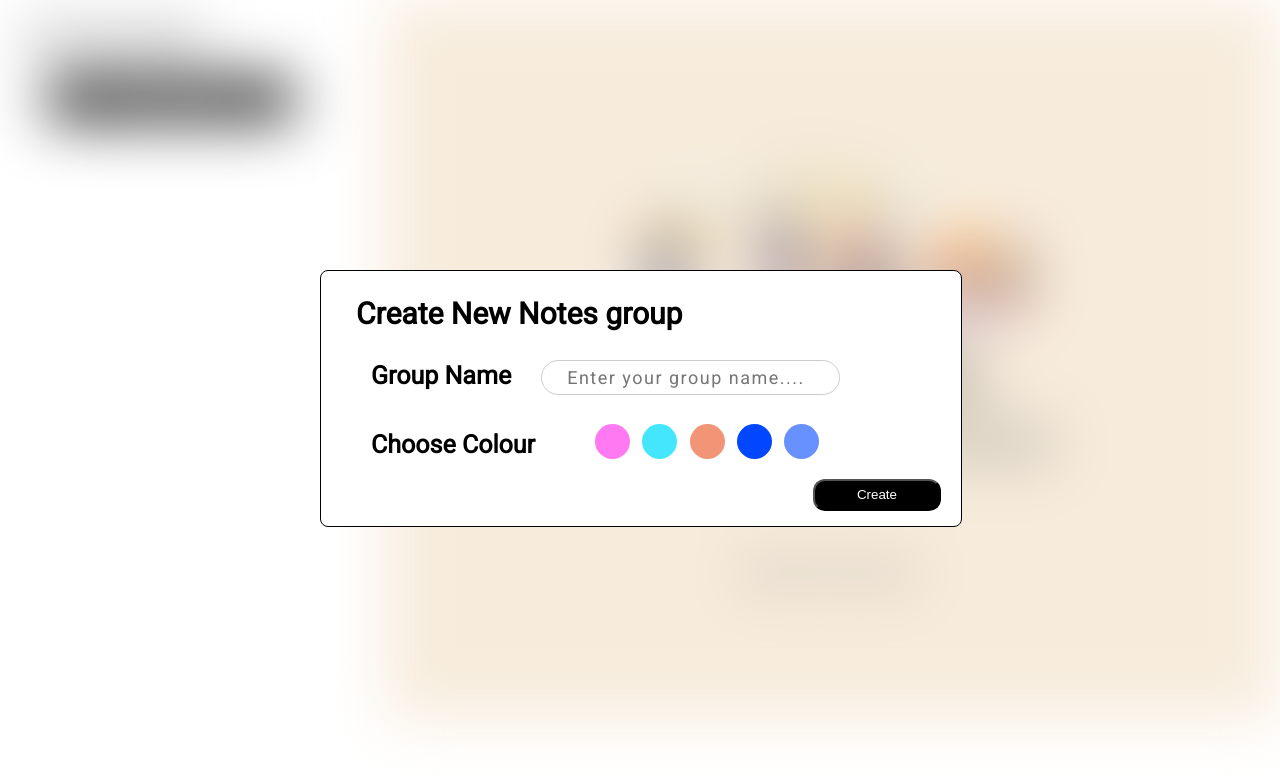
Repository: aparna129/NotesApp
Page: /, after clicking the first element matching `button.btn`
These files come from the project's save history. The page is drawn as it stood at one moment and after a run of saves; the edit follows.
The browser window is 1280 px wide. The pictures show the whole page.
The project was rebuilt for these pictures with package versions that can differ from the ones it lists, and the page was loaded fresh each time.

Above is the page before, as saved 2023-11-08 22:12:51.

### src/App.js
import React from "react";
import Notes from "./Notes";
function App() {
  return (
    <div>
      <Notes />
    </div>
  );
}

export default App;

### src/Notes.js
import React, { useState, useEffect } from "react";
import "./Notes.css";
import centerimage from "./images/centerimage.png";
import Vector from "./images/Vector.png";
import enterbtn from "./images/enterbtn.png";

function formatDateTime(dateTime) {
  const options = {
    hour: "2-digit",
    minute: "2-digit",
    day: "numeric",
    month: "long",
    year: "numeric",
  };
  return new Date(dateTime).toLocaleString(undefined, options);
}

function Notes() {
  const [createnotes, setCreatenotes] = useState(false);
  const handleCreateNotes = (e) => {
    e.preventDefault();
    setCreatenotes(!createnotes);
  };

  const [groups, setGroups] = useState([]);
  const [groupName, setGroupName] = useState("");
  const [groupColor, setGroupColor] = useState("");
  const [noteText, setNoteText] = useState("");

  useEffect(() => {
    const storedGroups = JSON.parse(localStorage.getItem("groups"));
    if (storedGroups) {
      setGroups(storedGroups);
    }
  }, []);

  useEffect(() => {
    localStorage.setItem("groups", JSON.stringify(groups));
  }, [groups]);

  const handleGroupNameChange = (e) => {
    setGroupName(e.target.value);
  };

  const createGroup = () => {
    setCreatenotes(!createnotes);
    if (groupName && groupColor) {
      const newGroup = {
        name: groupName,
        color: groupColor,
        notes: [],
      };
      setGroups([...groups, newGroup]);
      setGroupName("");
      setGroupColor("");
    }
  };

  const handleNoteTextChange = (e) => {
    setNoteText(e.target.value);
  };

  const addNote = (groupIndex) => {
    if (noteText) {
      const updatedGroups = [...groups];
      updatedGroups[groupIndex].notes.push({
        text: noteText,
        date: formatDateTime(new Date()),
      });
      setGroups(updatedGroups);
      setNoteText("");
    }
  };

  const handlecolorclick = (color) => {
    setGroupColor(color);
  };

  return (
    <div>
      <div>
        <div
          className="body"
          style={{
            filter: createnotes ? "blur(30px)" : "none",
            minHeight: "80vh",
          }}
        >
          <div className="leftside">
            <p className="left-heading">Pocket Notes</p>
            <button className="btn" onClick={handleCreateNotes}>
              + Create Notes group
            </button>
            {groups.map((group, index) => (
              <div>
                <p className="notes-name-with-icon">
                  <p
                    style={{
                      height: "48px",
                      width: "48px",
                      borderRadius: "100px",
                      backgroundColor: group.color,
                      color: "white",
                      fontSize: "25px",
                      fontFamily: "Roboto",
                      fontWeight: "400",
                      marginTop: "1px",
                      marginLeft: "50px",
                    }}
                    className="icon"
                  >
                    <p className="icon-txt">{group.name.slice(0, 2)}</p>
                  </p>
                  <p className="note-names">{group.name}</p>
                </p>
                <div>
                  <p className="titleofnote"></p>
                  <p className="notes-storing-area"></p>
                  <p className="lastbox">
                    <input
                      className="notes-input"
                      type="text"
                      placeholder="Enter your text here..........."
                      value={noteText}
                      onChange={handleNoteTextChange}
                    ></input>
                    <img
                      style={{ marginLeft: "-35px", marginTop: "50px" }}
                      src={enterbtn}
                      onClick={() => addNote(index)}
                      height="20px"
                      width="20px"
                    ></img>
                  </p>
                </div>
                <ul>
                  {group.notes.map((note, noteIndex) => (
                    <li key={noteIndex}>
                      {note.text} - {note.date}
                    </li>
                  ))}
                </ul>
              </div>
            ))}
          </div>

          <div className="rightside">
            <img src={centerimage} className="centerimg"></img>
            <p className="pocket-notes"> Pocket Notes</p>
            <p className="text1">
              Send and receive messages without keeping your phone online.
            </p>
            <p className="text2">
              {" "}
              Use Pocket Notes on up to 4 linked devices and 1 mobile phone
            </p>
            <p className="text3">
              {" "}
              <img src={Vector} height="13px" width="13px"></img> end-to-end
              encrypted
            </p>
          </div>
        </div>

        {createnotes && (
          <div className="box">
            <p className="boxtext1">Create New Notes group</p>

            <p className="boxtext2">
              Group Name
              <input
                className="input"
                type="text"
                placeholder="Enter your group name...."
                value={groupName}
                onChange={handleGroupNameChange}
              ></input>
            </p>

            <p className="boxtext3">
              Choose Colour
              <div className="circles">
                <p
                  onClick={() => handlecolorclick("#b38bfa")}
                  className="circle1"
                ></p>
                <p
                  onClick={() => handlecolorclick("#ff79f2")}
                  className="circle2"
                ></p>{" "}
                <p
                  onClick={() => handlecolorclick("#43e6fc")}
                  className="circle3"
                ></p>
                <p
                  onClick={() => handlecolorclick("#f19576")}
                  className="circle4"
                ></p>{" "}
                <p
                  onClick={() => handlecolorclick("#0047ff")}
                  className="circle5"
                ></p>
                <p
                  onClick={() => handlecolorclick("#6691ff")}
                  className="circle6"
                ></p>
              </div>
            </p>

            <p className="btn2">
              <button onClick={createGroup} className="boxcreatebutton">
                Create
              </button>
            </p>
          </div>
        )}
      </div>
    </div>
  );
}

export default Notes;

### src/Notes.css
@import url("https://fonts.googleapis.com/css2?family=Roboto&display=swap");
* {
  margin: 0;
}
.body {
  display: flex;
}
.leftside {
  height: 100%;
  min-height: 100vh;
  width: 600px;
  overflow: auto;
}
.left-heading {
  margin-left: 25px;
  margin-top: 20px;
  font-weight: 500;
  font-size: 30px;
  font-family: "Roboto", sans-serif;
}
.btn {
  background-color: black;
  color: white;
  border-radius: 50px;
  padding: 2% 3%;
  width: 70%;
  margin-top: 25px;
  margin-left: 45px;
  margin-bottom: 20px;
  font-family: "Roboto", sans-serif;
  font-size: 18px;
  font-weight: 500;
}
.rightside {
  background-color: #f7ecdc;
  margin-left: 25px;
  height: 100%;
  min-height: 100vh;
  width: 1500px;
  overflow: hidden;
}
.centerimg {
  height: 40%;
  width: 50%;
  margin: 15% 25%;
}
.pocket-notes {
  text-align: center;
  margin-top: -17%;
  font-weight: 400;
  font-size: 50px;
  font-family: "Roboto", sans-serif;
}
.text1 {
  text-align: center;
  margin-top: 2%;
  font-family: "Roboto", sans-serif;
}
.text2 {
  text-align: center;
  margin-top: 0.5%;
  font-family: "Roboto", sans-serif;
}
.text3 {
  text-align: center;
  margin-top: 100px;
  margin-bottom: 1%;
  font-family: "Roboto", sans-serif;
}
.box {
  margin-left: 25%;
  margin-top: -450px;
  margin-right: 200px;
  margin-bottom: 20%;
  height: 60%;
  width: 50%;
  background-color: white;
  position: relative;
  border-radius: 8px;
  border: 1px solid black;
  overflow: auto;
}
.boxtext1 {
  margin-left: 35px;
  margin-top: 25px;
  font-family: "Roboto", sans-serif;
  font-size: 30px;
  font-weight: bold;
}
.boxtext2 {
  margin-left: 50px;
  margin-top: 30px;
  font-family: "Roboto", sans-serif;
  font-size: 25px;
  font-weight: bold;
}
.input {
  margin-left: 30px;
  margin-top: -30px;
  border-radius: 25px;
  width: 45%;
  padding: 1%;
  padding-left: 25px;
  letter-spacing: 1.5px;
  font-size: 18px;
  font-family: "Roboto", sans-serif;
  border: 1px solid #cccccc;
}
.boxtext3 {
  margin-left: 50px;
  margin-top: 35px;
  font-family: "Roboto", sans-serif;
  font-size: 25px;
  font-weight: bold;
}
.circles {
  display: inline;
}
.circle1 {
  height: 50%;
  width: 50%;
  border-radius: 100px;
  background-color: #b38bfa;
  margin-left: 30%;
  margin-top: -30px;
}
.circle2 {
  height: 35px;
  width: 35px;
  border-radius: 100px;
  background-color: #ff79f2;
  margin-left: 38%;
  margin-top: -35px;
}
.circle3 {
  height: 35px;
  width: 35px;
  border-radius: 100px;
  background-color: #43e6fc;
  margin-left: 46%;
  margin-top: -35px;
}
.circle4 {
  height: 35px;
  width: 35px;
  border-radius: 100px;
  background-color: #f19576;
  margin-left: 54%;
  margin-top: -35px;
}
.circle5 {
  height: 35px;
  width: 35px;
  border-radius: 100px;
  background-color: #0047ff;
  margin-left: 62%;
  margin-top: -35px;
}
.circle6 {
  height: 35px;
  width: 35px;
  border-radius: 100px;
  background-color: #6691ff;
  margin-left: 70%;
  margin-top: -35px;
}
.btn2 {
  text-align: right;
}
.boxcreatebutton {
  width: 20%;
  padding: 1% 1%;
  margin-top: 20px;
  margin-right: 20px;
  margin-bottom: 15px;
  border-radius: 12px;
  background-color: black;
  color: white;
}
.notes-style {
  overflow: auto;
}
.notes-name-with-icon {
  display: flex;
  margin-bottom: 15px;
}
.note-names {
  font-size: 25px;
  font-family: "Roboto", sans-serif;
  font-weight: 400;
  margin-top: 10px;
  margin-left: 20px;
}

.icon-txt {
  padding-left: 8px;
  padding-top: 9px;
  font-family: "Roboto", sans-serif;
  text-transform: uppercase;
}
.titleofnote {
  height: 60px;
  width: 900px;
  background-color: #e8e8e8;
}
.notes-storing-area {
  height: 400px;
  width: 900px;
  background-color: #f7ecdc;
}
.lastbox {
  background-color: #e8e8e8;
  height: 180px;
  width: 900px;
}
.notes-input {
  background-color: white;
  height: 120px;
  width: 830px;
  margin-left: 28px;
  margin-top: 35px;
  border: none;
  border-radius: 15px;
  color: #9a9a9a;
  font-size: 20px;
  font-family: "Roboto", sans-serif;
  padding-left: 15px;
  padding-top: -20px;
}

Loaded but not shown: public/index.html (common file); src/index.js (common file)

After the next 2 saves:
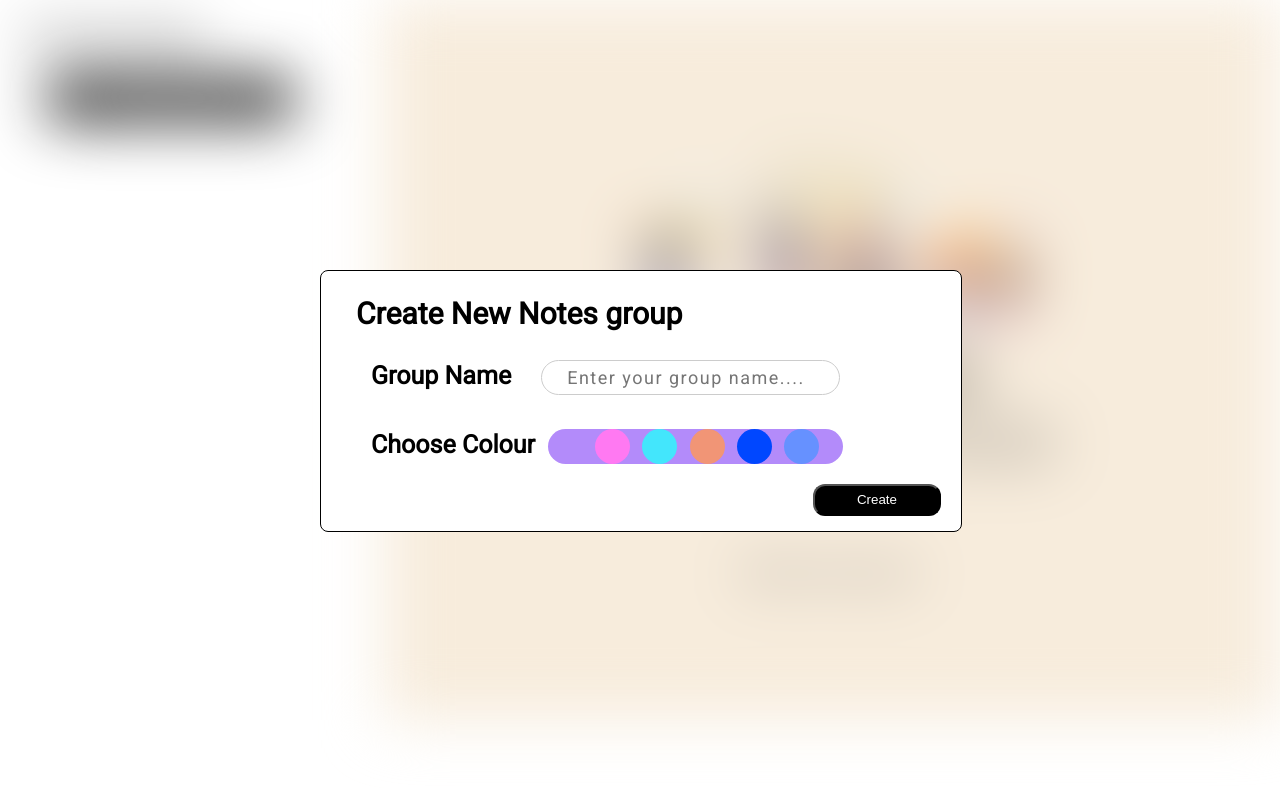
The 2 saves are shown as one change because they came seconds apart.
The last was saved 31 s later.
--- a/src/Notes.css
+++ b/src/Notes.css
@@ -117,7 +117,7 @@
   display: inline;
 }
 .circle1 {
-  height: 50%;
+  height: 35px;
   width: 50%;
   border-radius: 100px;
   background-color: #b38bfa;
